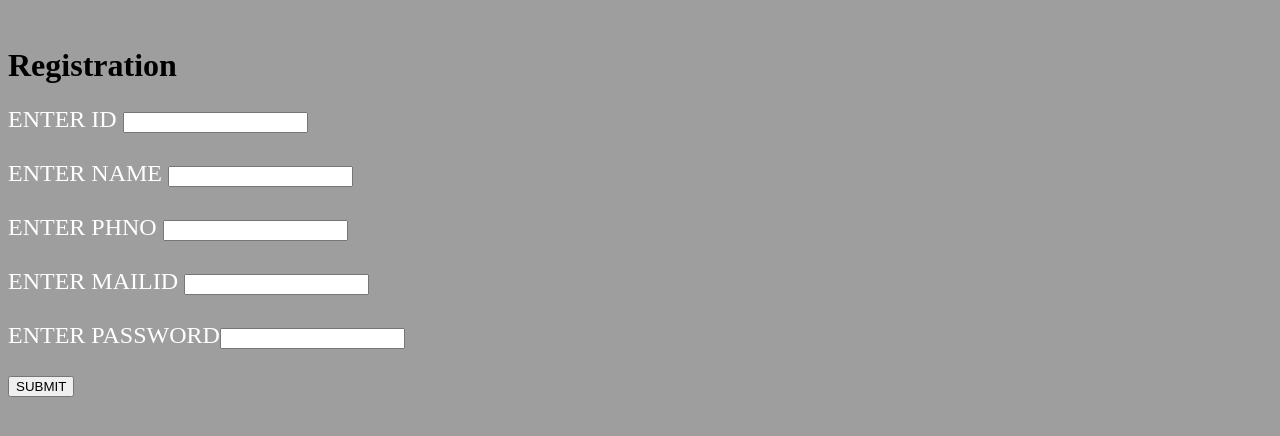
Repository: subhamsourabh265/LibManagementSystemJ2EE-
Page: library/WebContent/registration.html
An editor plug-in stored every save of this project. The page is shown before and after the next save, followed by the edit.
The browser window is 1280 px wide. The pictures show the whole page.

Above is the page before, as saved 2015-07-06 20:16:18.

After the next save:
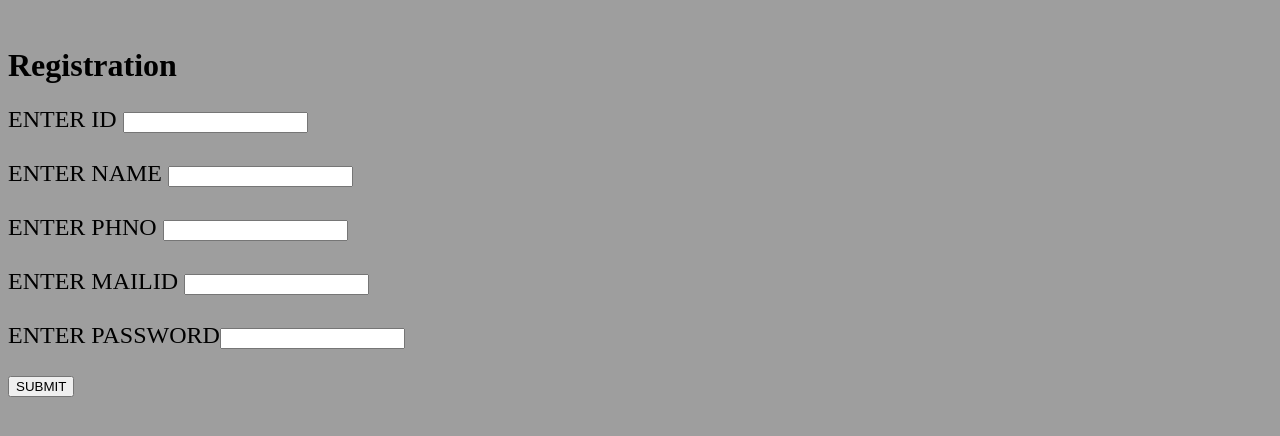
Saved 83 s later.
--- a/library/WebContent/registration.html
+++ b/library/WebContent/registration.html
@@ -7,7 +7,7 @@
 <body background="C:\Users\daud win7\Desktop\376152628_249e3630c0_b.jpg"><br>
 <h1>Registration</h1>
 <form action="signup" method="post">
-<font size = 5 color="white">
+<font size = 5 color= black>
 ENTER ID     <input type="text" name="n1"><br><br>
 ENTER NAME   <input type="text" name="n2"><br><br>
 ENTER PHNO   <input type="text" name="n3"><br><br>
